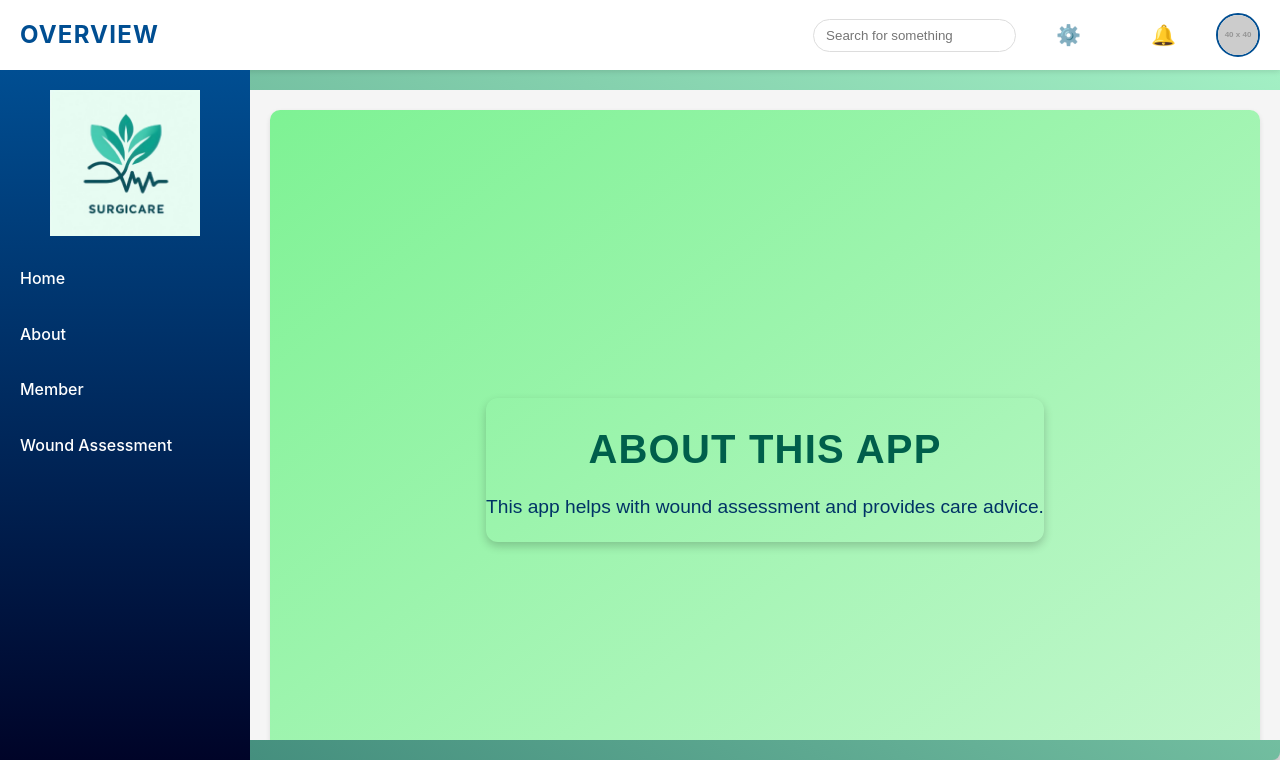
Repository: Jinwoo290350/Surgicare-Vue
Page: /about (app in surgicare/)
These files come from the project's save history. The page is drawn as it stood at one moment and after the next save; the edit follows.
The browser window is 1280 px wide. The pictures show the whole page.
The project was rebuilt for these pictures with package versions that can differ from the ones it lists, and the page was loaded fresh each time. Also part of the build but not shown: surgicare/vite.config.js, surgicare/src/views/Home.vue, surgicare/src/views/Member.vue, surgicare/src/components/WoundAssessment.vue.

Above is the page before, as saved 2024-12-30 20:41:26.
Console error: TypeError: Cannot read properties of null (reading 'getContext')

### surgicare/index.html
<!doctype html>
<html lang="en">
  <head>
    <meta charset="UTF-8" />
    <link rel="icon" type="image/svg+xml" href="/vite.svg" />
    <meta name="viewport" content="width=device-width, initial-scale=1.0" />
    <title>Vite + Vue</title>
  </head>
  <body>
    <div id="app"></div>
    <script type="module" src="/src/main.js"></script>
  </script>
  <link href="https://fonts.googleapis.com/css2?family=Roboto:wght@400;500;700&display=swap" rel="stylesheet">

  <script type="text/javascript" src="./src/star.js"></script>
  </body>
</html>

### surgicare/src/main.js
import { createApp } from 'vue'
import './style.css'
import App from './App.vue'
import router from "./router";

createApp(App).use(router).mount("#app");

### surgicare/src/style.css
:root {
  font-family: Inter, system-ui, Avenir, Helvetica, Arial, sans-serif;
  line-height: 1.6;
  font-weight: 400;
  color-scheme: light dark;
  color: rgba(255, 255, 255, 0.87);
  background-color: #242424;
  font-synthesis: none;
  text-rendering: optimizeLegibility;
  -webkit-font-smoothing: antialiased;
  -moz-osx-font-smoothing: grayscale;
}

a {
  font-weight: 500;
  text-decoration: none;
  transition: color 0.3s ease-in-out;
}
a:hover {
  color: #4ca6a8; /* ใช้โทนสีเขียวฟ้าแทน */
}

body {
  margin: 0;
  display: flex;
  flex-direction: column;
  align-items: center;
  justify-content: center;
  min-width: 320px;
  min-height: 100vh;
  padding: 20px;
  background-color: #1e3c34;
  background-image: linear-gradient(to top right, #3a8476, #a8f5c8);
  background-repeat: no-repeat;
  border-radius: 8px;
  box-shadow: 0 8px 16px rgba(0, 0, 0, 0.4);
}

h1 {
  font-size: 3em;
  line-height: 1.2;
  color: #fff;
  text-transform: uppercase;
  letter-spacing: 1.2px;
  margin-bottom: 1em;
  transition: transform 0.3s ease-in-out;
}
h1:hover {
  transform: scale(1.1); /* เพิ่มเอฟเฟกต์ Hover */
}

button {
  border-radius: 10px;
  border: 2px solid transparent;
  padding: 0.8em 1.5em;
  font-size: 1em;
  font-weight: 600;
  background-color: #2a3f3b;
  color: #fff;
  cursor: pointer;
  transition: all 0.3s ease-in-out;
}
button:hover {
  border-color: #50c4b7;
  background-color: #344d47;
  transform: translateY(-3px);
}
button:focus,
button:focus-visible {
  outline: 4px solid #50c4b7;
}

.card {
  padding: 2.5em;
  background-color: #2e3d3a;
  border-radius: 12px;
  box-shadow: 0 6px 15px rgba(0, 0, 0, 0.5);
  transition: transform 0.3s ease-in-out, box-shadow 0.3s ease-in-out;
}
.card:hover {
  transform: translateY(-10px);
  box-shadow: 0 12px 20px rgba(0, 0, 0, 0.6);
}

#app {
  height: 100vh;
  width: 100vw;
  margin: 0;
  padding: 0;
  overflow: hidden;
}

/* Media Queries for Responsiveness */
@media (max-width: 768px) {
  body {
    padding: 15px;
  }

  h1 {
    font-size: 2.5em;
  }

  button {
    padding: 0.7em 1.2em;
    font-size: 0.95em;
  }

  .card {
    padding: 2em;
  }

  #app {
    padding: 1.5rem;
  }
}

@media (max-width: 480px) {
  h1 {
    font-size: 2em;
  }

  button {
    padding: 0.5em 1em;
    font-size: 0.9em;
  }

  .card {
    padding: 1.5em;
  }
}

/* Light Mode Styles */
@media (prefers-color-scheme: light) {
  :root {
    color: #1f2d2a;
    background-color: #ffffff;
  }
  a:hover {
    color: #57bdb3; /* โทนเขียวฟ้าสว่าง */
  }
  button {
    background-color: #f5f5f5;
    color: #1f2d2a;
    border-color: #50c4b7;
  }
  .card {
    background-color: #f9f9f9;
    box-shadow: 0 4px 8px rgba(0, 0, 0, 0.1);
  }
}

### surgicare/src/App.vue
<template>
  <div id="app" class="app-container">
    <header class="header">
      <h1>Overview</h1>
      <div class="header-tools">
        <input type="text" placeholder="Search for something" class="search-box" />
        <button class="settings-btn">⚙️</button>
        <button class="notifications-btn">🔔</button>
        <img src="https://via.placeholder.com/40" alt="Profile" class="profile-pic" />
      </div>
    </header>

    <div class="content-wrapper">
      <aside class="sidebar">
        <img src="/Users/frank/Vscode/Vue/surgicare/public/Icon_surgicare.png" alt="Logo" class="logo" />
        <nav class="menu">
          <router-link to="/" class="menu-item">Home</router-link>
          <router-link to="/about" class="menu-item">About</router-link>
          <router-link to="/member" class="menu-item">Member</router-link>
          <router-link to="/wound-assessment" class="menu-item">Wound Assessment</router-link>
        </nav>
      </aside>

      <main class="main-content">
        <router-view class="router-view" />
      </main>
    </div>
  </div>
</template>

<script>
export default {
  name: "DashboardPage",
};
</script>

<style scoped>
/* General Styles */
body {
  margin: 0;
  font-family: 'Poppins', Arial, sans-serif;
  height: 100vh;
  overflow: hidden;
}

.app-container {
  display: flex;
  flex-direction: column;
  height: 100vh;
}

/* Header Styling */
.header {
  position: fixed;
  top: 0;
  left: 0;
  right: 0;
  height: 70px;
  background: white;
  display: flex;
  justify-content: space-between;
  align-items: center;
  padding: 0 20px;
  box-shadow: 0 2px 5px rgba(0, 0, 0, 0.1);
  z-index: 1000;
}

.header h1 {
  font-size: 24px;
  color: #004e92;
  margin: 0;
}

.header-tools {
  display: flex;
  align-items: center;
}

.search-box {
  padding: 8px 12px;
  border: 1px solid #ddd;
  border-radius: 25px;
  margin-right: 10px;
  outline: none;
  transition: box-shadow 0.3s;
}

.search-box:focus {
  box-shadow: 0 0 10px rgba(0, 78, 146, 0.5);
}

.settings-btn,
.notifications-btn {
  background: none;
  border: none;
  font-size: 20px;
  color: #555;
  margin-right: 10px;
  cursor: pointer;
}

.profile-pic {
  width: 40px;
  height: 40px;
  border-radius: 50%;
  border: 2px solid #004e92;
}

/* Content Wrapper */
.content-wrapper {
  display: flex;
  flex: 1;
  margin-top: 70px; /* Offset for the header */
}

/* Sidebar Styling */
.sidebar {
  width: 250px;
  background: linear-gradient(to bottom, #004e92, #000428);
  color: white;
  padding: 20px 0;
  display: flex;
  flex-direction: column;
  align-items: center;
  height: calc(100vh - 70px);
  position: fixed;
  left: 0;
  top: 70px; /* Below the header */
  z-index: 1000;
}

.logo {
  width: 100%;
  max-width: 150px;
  margin-bottom: 20px;
}

.menu {
  width: 100%;
}

.menu-item {
  display: block;
  text-decoration: none;
  color: white;
  font-size: 16px;
  padding: 10px 20px;
  margin-bottom: 10px;
  border-radius: 8px;
  transition: background 0.3s, transform 0.3s;
}

.menu-item:hover {
  background: rgba(255, 255, 255, 0.2);
  transform: scale(1.05);
}

/* Main Content */
.main-content {
  flex: 1;
  margin-left: 250px; /* Offset for the sidebar */
  padding: 20px;
  background: #f5f5f5;
  overflow-y: auto;
}

.router-view {
  border-radius: 10px;
  box-shadow: 0 2px 5px rgba(0, 0, 0, 0.1);
}
</style>

### surgicare/src/router/index.js
import { createRouter, createWebHistory } from "vue-router";

// Importing views and components
import Home from "../views/Home.vue";
import About from "../views/About.vue";
import Member from "../views/Member.vue";
import WoundAssessment from "../components/WoundAssessment.vue";

// Define the route configurations
const routes = [
  {
    path: "/",
    name: "Home",
    component: Home,
    meta: {
      title: "Home -  Surgicare",
    },
  },
  {
    path: "/about",
    name: "About",
    component: About,
    meta: {
      title: "About - Surgicare",
    },
  },
  {
    path: "/member",
    name: "Member",
    component: Member,
    meta: {
      title: "Member - Surgicare",
    },
  },
  {
    path: "/wound-assessment",
    name: "WoundAssessment",
    component: WoundAssessment,
    meta: {
      title: "Wound Assessment - Surgicare",
    },
  },
];

// Create the router instance
const router = createRouter({
  history: createWebHistory(),
  routes,
  scrollBehavior(to, from, savedPosition) {
    // Scroll to top on route change, unless saved position exists
    if (savedPosition) {
      return savedPosition;
    } else {
      return { top: 0 };
    }
  },
});

// Global navigation guard for dynamic document titles
router.beforeEach((to, from, next) => {
  document.title = to.meta.title || "Default App Title";
  next();
});

export default router;

### surgicare/src/views/About.vue
<template>
  <div class="about">
    <div class="content">
      <h1 class="title">About This App</h1>
      <p class="description">This app helps with wound assessment and provides care advice.</p>
    </div>
  </div>
</template>

<script>
export default {
  name: "About",
};
</script>

<style scoped>
.about {
  display: flex;
  justify-content: center;
  align-items: center;
  height: 100vh; /* Full height for viewport */
  background: linear-gradient(to bottom right, #7ef294, #c6f7d0); /* Subtle gradient */
  font-family: 'Arial', sans-serif;
  text-align: center;
  box-sizing: border-box;
  padding: 20px;
}

.content {
  max-width: 600px; /* Limit content width for better readability */
  border-radius: 12px; /* Rounded corners */
  box-shadow: 0 4px 10px rgba(0, 0, 0, 0.2); /* Subtle shadow */
}

.title {
  font-size: 2.5rem;
  font-weight: bold;
  color: #005f4b;
  margin-bottom: 15px;
}

.description {
  font-size: 1.2rem;
  color: #003366;
  font-weight: 300;
}
</style>

### surgicare/src/star.js
const canvas = document.querySelector('canvas')
const c = canvas.getContext('2d')

canvas.width = innerWidth
canvas.height = innerHeight

window.addEventListener("resize", function() {
    canvas.width = window.innerWidth;
    canvas.height = window.innerHeight;
    init()
})
function Star(x, y, radius, color) {
    this.x = x
    this.y = y
    this.radius = radius
    this.color = color
    this.velocity = {
        x: (Math.random() - 0.5) * 8,
        y: 3
    }
    this.friction = 0.8
    this.gravity = 1
}

Star.prototype.draw = function() {
    c.save()
    c.beginPath()
    c.arc(this.x, this.y, this.radius, 0, Math.PI * 2, false)
    c.fillStyle = this.color
    c.shadowColor = '#E3EAEF'
    c.shadowBlur = 20
    c.fill()
    c.closePath()
    c.restore()
}

Star.prototype.update = function() {
    this.draw()

    //When ball hits bottom of screen
    if(this.y + this.radius + this.velocity.y > canvas.height - groundHeight){
        this.velocity.y = -this.velocity.y * this.friction
        this.shatter()
    }
    else{
        this.velocity.y += this.gravity
    }

    //Hits side of screen
    if(this.x + this.radius + this.velocity.x > canvas.width || this.x - this.radius <= 0){
        this.velocity.x = -this.velocity.x * this.friction
        this.shatter()
    }

    this.x += this.velocity.x
    this.y += this.velocity.y

}

Star.prototype.shatter = function(){
    this.radius -= 3
    for(let i = 0; i < 8; i++){
        miniStars.push(new MiniStar(this.x, this.y, 2))
    }

}

function MiniStar(x, y, radius, color){
    Star.call(this, x, y, radius, color)
    this.velocity = {
        x: (Math.random() - 0.5) * 10,
        y: (Math.random() - 0.5) * 30
    }
    this.friction = 0.8
    this.gravity = 0.1
    this.ttl = 100
    this.opacity = 1
}

MiniStar.prototype.draw = function() {
    c.save()
    c.beginPath()
    c.arc(this.x, this.y, this.radius, 0, Math.PI * 2, false)
    c.fillStyle = `rgba(227,234, 239, ${this.opacity})`
    c.shadowColor = '#E3EAEF'
    c.shadowBlur = 20
    c.fill()
    c.closePath()
    c.restore()
}

MiniStar.prototype.update = function() {
    this.draw()

    if(this.y + this.radius + this.velocity.y > canvas.height - groundHeight){
        this.velocity.y = -this.velocity.y * this.friction
    }
    else{
        this.velocity.y += this.gravity
    }

    this.x += this.velocity.x
    this.y += this.velocity.y
    this.ttl -= 1
    this.opacity -= 0.0001 * this.ttl
}

function creatMountainRange(mountainAmount, height, color){
    for(let i = 0; i < mountainAmount; i++){
        const mountainWidth = canvas.width / mountainAmount
        c.beginPath()
        c.moveTo(i * mountainWidth, canvas.height)
        c.lineTo(i * mountainWidth + mountainWidth + 0.2*canvas.height, canvas.height)
        c.lineTo(i * mountainWidth + mountainWidth / 2, canvas.height - height)
        c.lineTo(i * mountainWidth - 0.2*canvas.height, canvas.height)
        c.fillStyle = color
        c.fill()
        c.closePath()
    }
}

// Implementation
const backgroundGradient = c.createLinearGradient(0, 0, canvas.width, canvas.height)
backgroundGradient.addColorStop(0, '#171e26')
backgroundGradient.addColorStop(1, '#3f586b')

let stars
let miniStars
let backgroundStars
let ticker = 0
let randomSpawnRate = 75
const groundHeight = 0.09 * canvas.height
let inf = 1e9
function init() {
    stars = []
    miniStars = []
    backgroundStars = []

    for(let i = 0; i < 200; i++){
        const x = Math.random() * canvas.width
        const y = Math.random() * canvas.height
        const radius = Math.random() * 3
        backgroundStars.push(new Star(x, y, radius, 'white'))
    }
}

// Animation Loop
function animate() {
    c.clearRect(0, 0, 0, canvas.height)
    c.fillStyle = backgroundGradient
    c.fillRect(0, 0, canvas.width, canvas.height)

    backgroundStars.forEach(backgroundStar => {
        backgroundStar.draw()
    })

    if(flag) creatMountainRange(1, canvas.height * 0.7, '#384551')
    if(flag) creatMountainRange(2, canvas.height * 0.6, '#2B3843')
    if(flag) creatMountainRange(3, canvas.height * 0.4, '#26333E')
    c.fillStyle = '#182028'
    c.fillRect(0, canvas.height - groundHeight, canvas.width, groundHeight)
    stars.forEach((star, index) => {
        star.update();
        if(star.radius == 0){
            stars.splice(index, 1)
        }
    });

    miniStars.forEach((miniStar, index) => {
        miniStar.update();
        if(miniStar.ttl == 0){
            miniStars.splice(index, 1)
        }
    });

    ticker++
    if(ticker >= inf){
        ticker = 0
    }
    if(ticker % randomSpawnRate == 0){
        const radius = 9
        const x = Math.max(radius, Math.random() * canvas.width - radius)
        stars.push(new Star(x, -100, 9, '#E3EAEF'))
        randomSpawnRate = Math.floor(Math.random() * (200 - 125 + 1) + 125)
    }

    requestAnimationFrame(animate)
}

init()
animate()

After the next save:
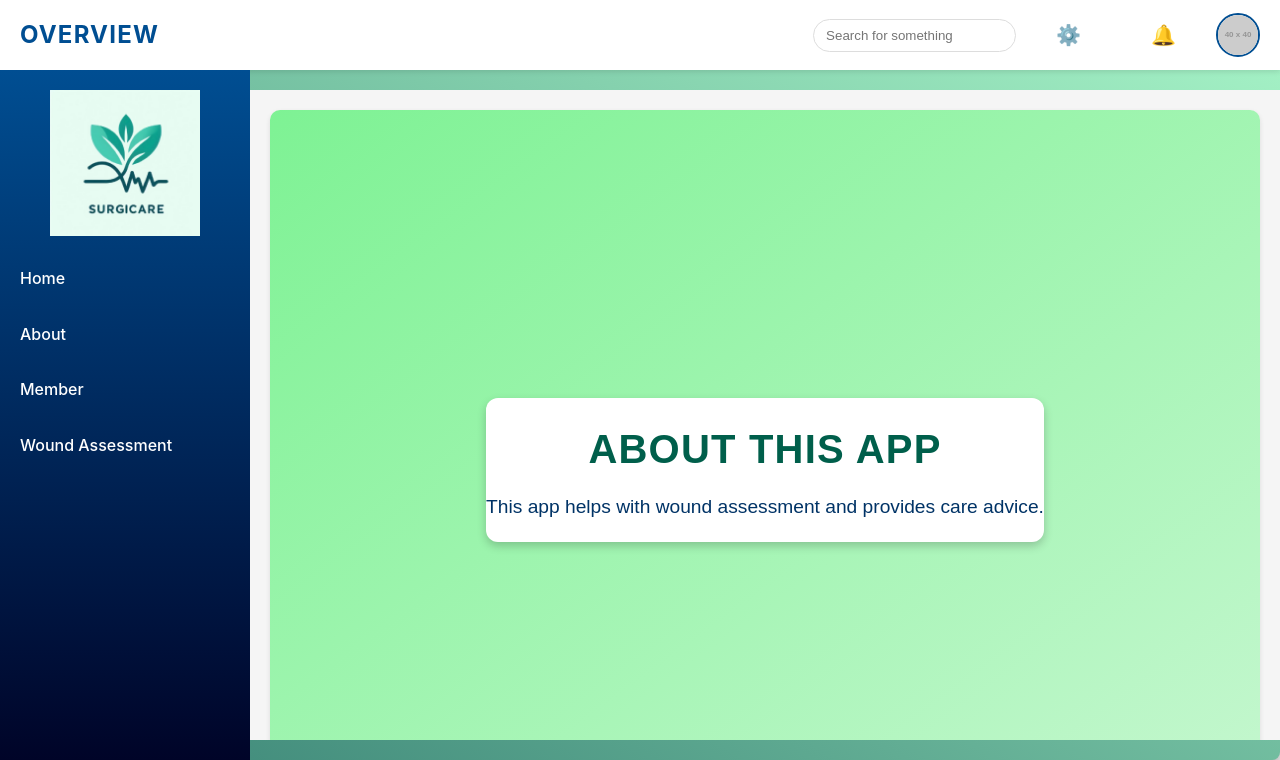
Saved 10 s later.
--- a/surgicare/src/views/About.vue
+++ b/surgicare/src/views/About.vue
@@ -28,6 +28,8 @@ export default {
 
 .content {
   max-width: 600px; /* Limit content width for better readability */
+  padding: 0px;
+  background: #ffffff;
   border-radius: 12px; /* Rounded corners */
   box-shadow: 0 4px 10px rgba(0, 0, 0, 0.2); /* Subtle shadow */
 }
